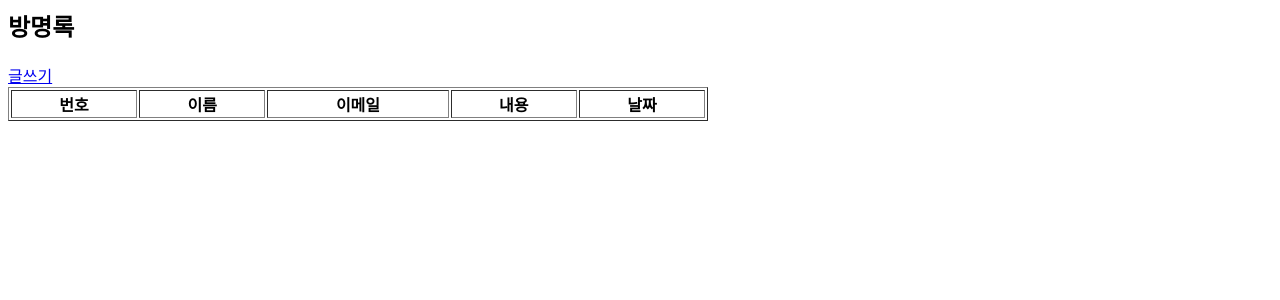
Repository: seunginlee/WaterMelonPlayer
Page: http://localhost/guestbook/list.php
An editor plug-in stored every save of this project. The page is shown before and after the next save, followed by the edit.
The browser window is 1280 px wide. The pictures show the whole page.
The page is run by PHP 8.4 with error messages shown; the project is at /var/www/html/. Queries for data that is not in the repository find no rows.

Above is the page before, as saved 2018-09-16 09:14:08.

### worrrrrk/php01/guestbook/list.php
<?php
include("dbconn.php");
$sql = "select * from guestbook order by idx desc";
$rs = mysql_query($sql);
?>
<h2>방명록</h2>
<a href="write.html">글쓰기</a>
<table border="1" width="700px">
	<tr>
	<th>번호</th>
	<th>이름</th>
	<th>이메일</th>
	<th>내용</th>
	<th>날짜</th>
	</tr>
	<?php
	while($row = mysql_fetch_array($rs)){
	    echo "
            <tr>
                <td>$row[idx]</td>
                <td>$row[name]</td>
                <td>$row[email]</td>
                <td>$row[content]</td>
                <td>$row[post_date]</td>
            </tr>
        ";

	}
	?>
</table>

### worrrrrk/php01/guestbook/dbconn.php
<?php
$host = "localhost";
$user ="web";
$passwd ="1234";
$conn = mysql_connect($host, $user, $passwd);
mysql_select_db("web");
//if( $conn == true ){
//    echo "mariadb에 연결 되었습니다.";
//}else{
//    echo "db 연결 에러";
 //
//}
?>

After the next save:
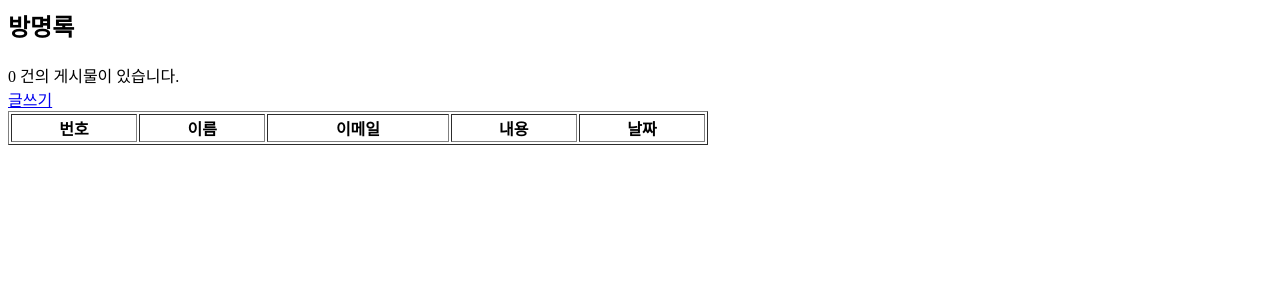
Saved 4 min 32 s later.
--- a/worrrrrk/php01/guestbook/list.php
+++ b/worrrrrk/php01/guestbook/list.php
@@ -2,8 +2,10 @@
 include("dbconn.php");
 $sql = "select * from guestbook order by idx desc";
 $rs = mysql_query($sql);
+$count = mysql_num_rows($rs);
 ?>
 <h2>방명록</h2>
+<?php echo $count;?> 건의 게시물이 있습니다.</br>
 <a href="write.html">글쓰기</a>
 <table border="1" width="700px">
 	<tr>
